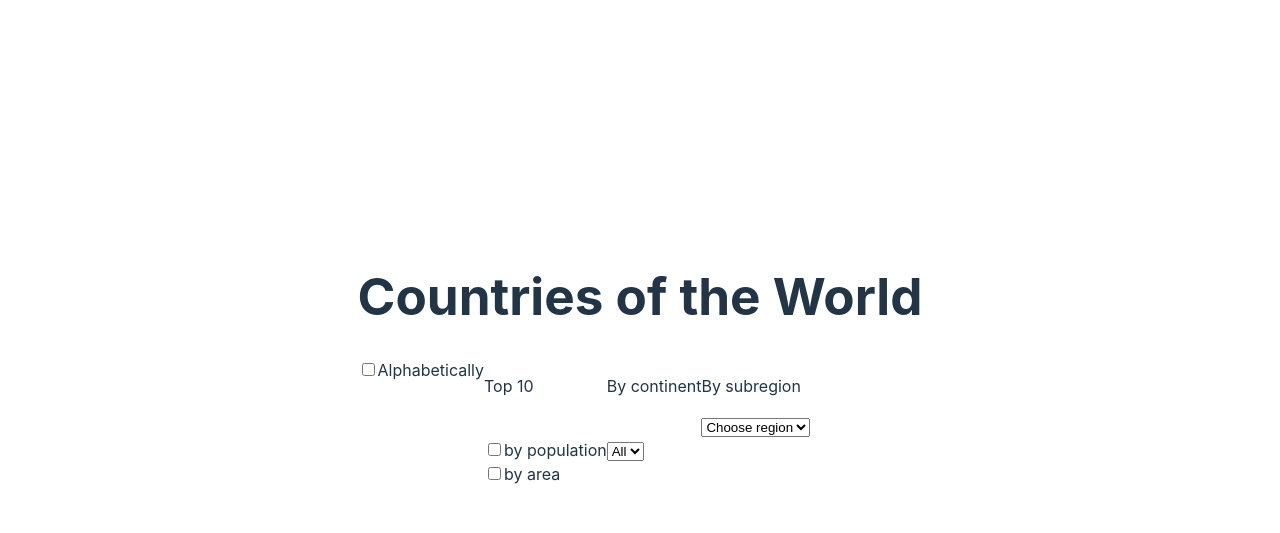
Repository: Vanessahyc/COMP3170_Lab06
Page: /
An editor plug-in stored every save of this project. The page is shown before and after the next save, followed by the edit.
The browser window is 1280 px wide. The pictures show the whole page.
The page's requests for data from a server got no answer. The project was rebuilt for these pictures with package versions that can differ from the ones it lists, and the page was loaded fresh each time. No one was signed in, and anything a server would have sent is missing. Also part of the build but not shown: vite.config.js, src/components/Country.jsx.

Above is the page before, as saved 2024-11-14 16:32:22.

### src/App.jsx
import { useEffect, useState } from 'react'
import './App.css'
import Countries from './components/Countries';

function App() {

  const [countries, setCountries] = useState([]);
  const url = "https://restcountries.com/v3.1/all";

  async function fetchData() {
    const response = await fetch('https://restcountries.com/v3.1/all');
    const data = await response.json();

    setCountries(data);
  }

  useEffect(() => {
    fetchData();
  }, []);

  return (
    <div>
      <h1>Countries of the World</h1>
      <div className='filter_container'>
        <div>
          <input type='checkbox'/>
          <label>Alphabetically</label>
        </div>
        <div>
          <p>Top 10</p>
          <br/>
          <input type='checkbox'/>
          <label>by population</label>
          <br/>
          <input type='checkbox'/>
          <label>by area</label>
        </div>
        <div>
          <p>By continent</p>
          <br/>
          <select>
            <option>All</option>
          </select>
        </div>
        <div>
          <p>By subregion</p>
          <select>
            <option>Choose region</option>
          </select>
        </div>
      </div>
      <Countries countries={countries}/>
    </div>
  );
}

export default App

### src/App.css
#root {
  max-width: 1280px;
  margin: 0 auto;
  padding: 2rem;
}

/* .logo {
  height: 6em;
  padding: 1.5em;
  will-change: filter;
  transition: filter 300ms;
}
.logo:hover {
  filter: drop-shadow(0 0 2em #646cffaa);
}
.logo.react:hover {
  filter: drop-shadow(0 0 2em #61dafbaa);
}

@keyframes logo-spin {
  from {
    transform: rotate(0deg);
  }
  to {
    transform: rotate(360deg);
  }
}

@media (prefers-reduced-motion: no-preference) {
  a:nth-of-type(2) .logo {
    animation: logo-spin infinite 20s linear;
  }
}

.card {
  padding: 2em;
}

.read-the-docs {
  color: #888;
} */

.main_container {
  width: 400px;
}

.country_header {
  display: flex;
  max-height: 50px;
  background-color: white;

}

.country_header p {
  color: black;
  font-weight: bold;
}

.flag_container {
  flex-basis: 30%;
}

.flag_container img {
  height: 50px;
}

.country_info {
  padding: 1em;
}

.country_info p {
  display: flex;
}

.country_info p span {
  flex-basis: 50%;
  text-align: left;
}

.country_info p span:first-child {
  font-weight: bold;
}

.filter_container {
  display: flex;
}

### src/components/Countries.jsx
import Country from "./Country";

export default function Countries({countries}) {
    return(
        <div>
            {
                countries.map(country => (
                    <Country
                        key={country.cca3}
                        url={country.flags.svg}
                        countryName={country.name.common}
                        officialName={country.name.official}
                        capital={country.capital}
                        population={country.population}
                        languages={country.languages}
                        currencies={country.currencies}
                        area={country.area}
                        subregion={country.subregion}
                        continents={country.continents}
                        borders={country.borders}
                        maps={country.maps.googleMaps}
                    />
                ))
            }
        </div>
    );
}

Loaded but not shown: index.html (common file); src/main.jsx (common file); src/index.css (common file)

After the next save:
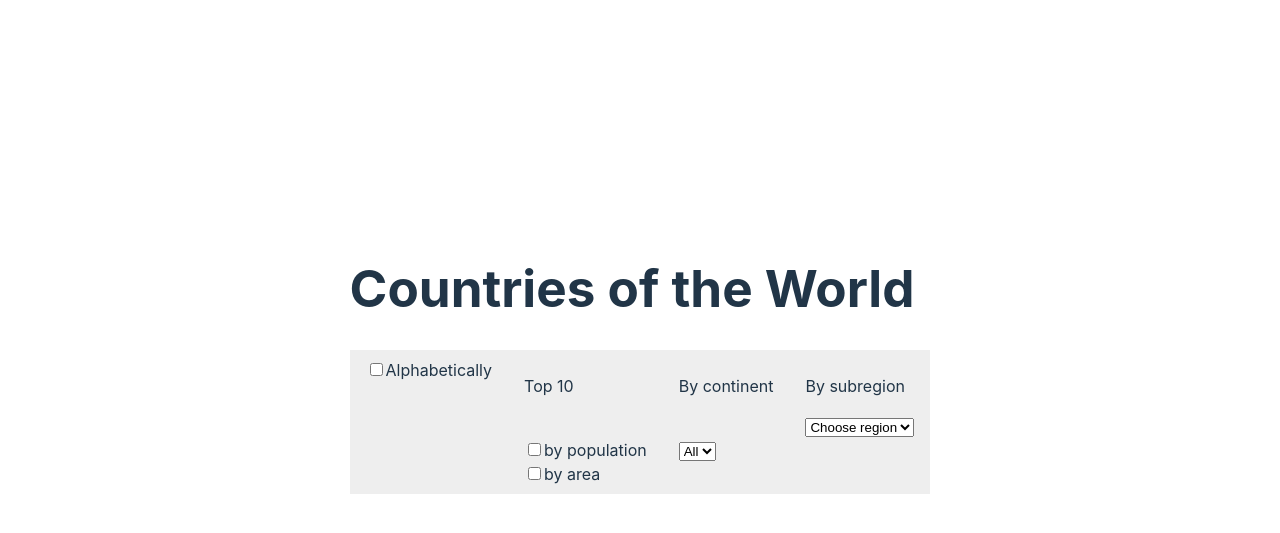
Saved 60 s later.
--- a/src/App.css
+++ b/src/App.css
@@ -84,3 +84,8 @@
 .filter_container {
   display: flex;
 }
+
+.filter_container div {
+  padding: 0.5rem 1rem;
+  background-color: rgb(238, 238, 238);
+}
